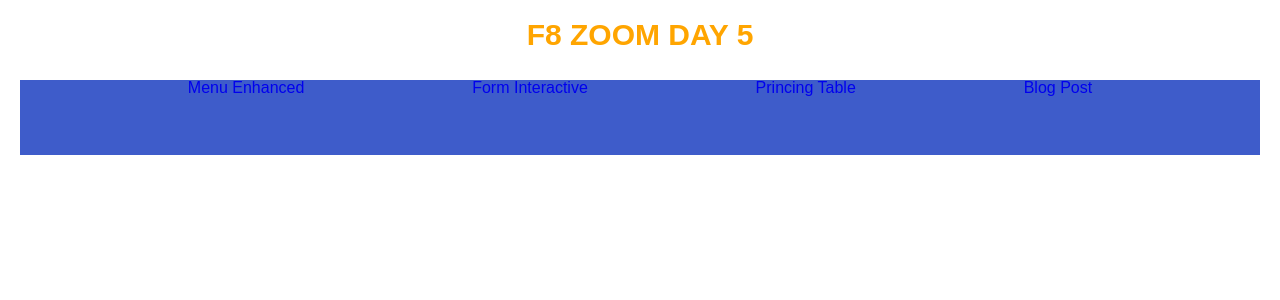
Repository: lannguyen1301/f8-zoom-day-5
Page: index.html
These files come from the project's save history. The page is drawn as it stood at one moment and after a run of saves; the edit follows.
The browser window is 1280 px wide. The pictures show the whole page.

Above is the page before, as saved 2025-04-21 13:22:34.

After the next 3 saves:
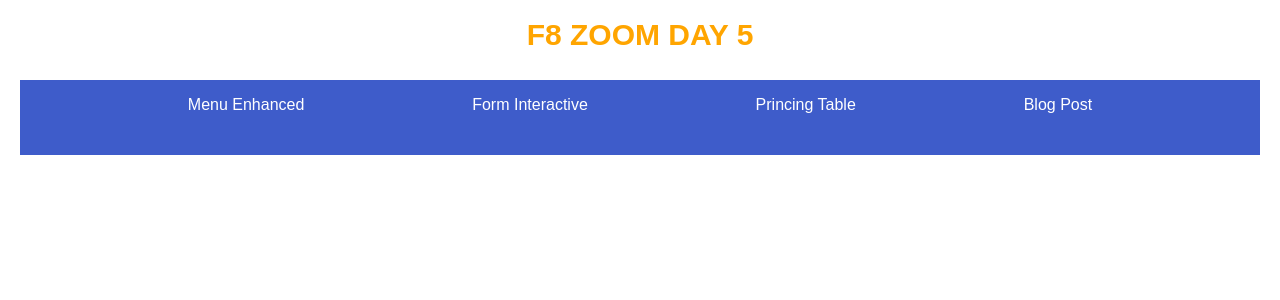
The 3 saves are shown as one change because they came seconds apart.
The last was saved 8 s later.
--- a/assets/css/style.css
+++ b/assets/css/style.css
@@ -36,10 +36,11 @@ a {
     background-color: #3e5cca;
 }
 
-.item {
+.navbar__item {
     height: 50px;
 }
-.link {
+
+.navbar__link {
     color: #fff;
     line-height: 50px;
     font-weight: 500;
